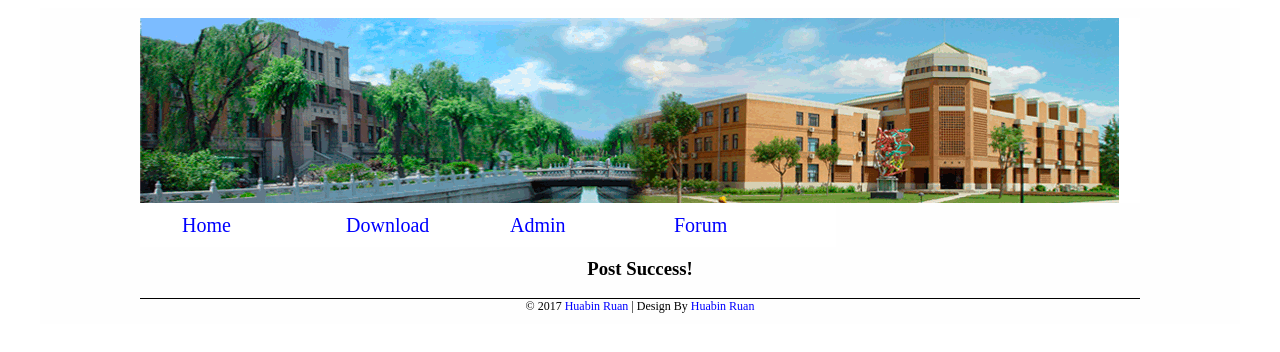
Repository: ruanhuabin/LifeSoftwareWebSite
Page: http://localhost/CryoEM/manage_post.jsp
The author's editor kept a copy of each file at every save. The page is drawn from the files as they stood at one save, then again after the next save.
The browser window is 1280 px wide. The pictures show the whole page.
The page is served by Tomcat 9. Nobody is signed in. The application's start-up code is not run.

Above is the page before, as saved 2017-08-23 02:41:04.

After the next save:
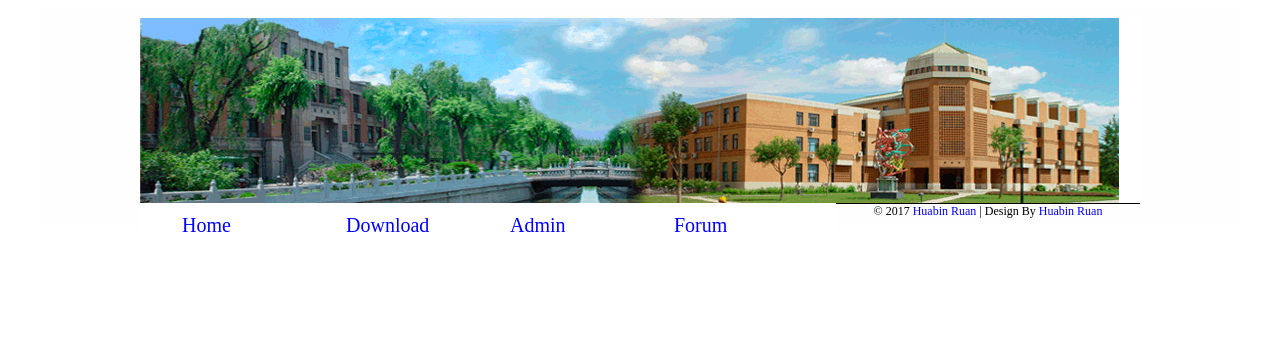
Saved 14 s later.
--- a/CryoEM/WebRoot/manage_post.jsp
+++ b/CryoEM/WebRoot/manage_post.jsp
@@ -26,16 +26,6 @@
 	</ul>
 </div>
 
-
-
-<br/>
-<br/>
-
- <h3 align="center">
-	 Post Success!
- </h3>
-
-
 <div id="footer">&copy; 2017 <a href="mailto:ruanhuabin@tsinghua.edu.cn">Huabin Ruan</a> | Design By <a href="#">Huabin Ruan</a> </div>
 </div>
 
